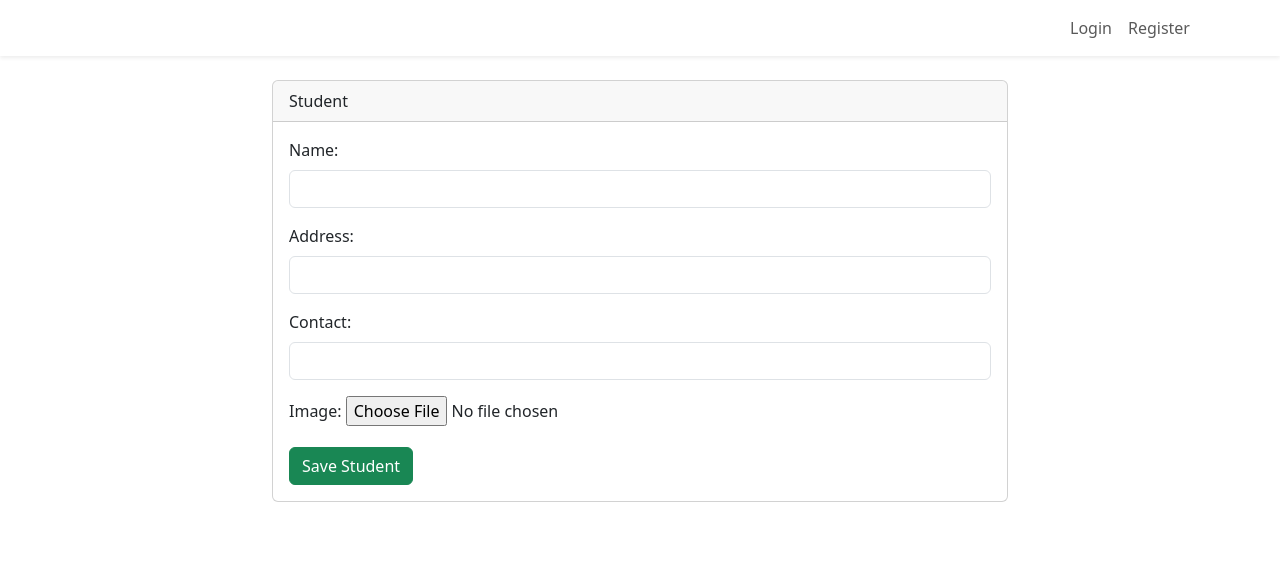
Repository: kunwarganesh07/Example
Page: http://localhost/student/create
An editor plug-in stored every save of this project. The page is shown before and after the next save, followed by the edit.
The browser window is 1280 px wide. The pictures show the whole page.
The page is served by the project's Laravel application, run on PHP 8.4 with Laravel 12. Other server files are loaded and not shown.

Above is the page before, as saved 2025-11-16 14:25:09.

### routes/web.php
<?php


use App\Http\Controllers\HomeController;
use App\Http\Controllers\StudentController;
use App\Http\Controllers\TeacherController;
use Illuminate\Support\Facades\Auth;
use Illuminate\Support\Facades\Route;

Route::get('/', function () {
    return view('welcome');
});

Auth::routes();

Route::get('/home', [HomeController::class, 'index'])->name('home');
Route::get('/student', [StudentController::class, 'index'])->name('student.index');
Route::get('/student/create', [StudentController::class, 'create'])->name('student.create');
Route::post('store', [StudentController::class, 'store'])->name('store');
Route::put('update/{id}', [StudentController::class, 'update'])->name('students.update');
Route::delete('delete/{id}', [StudentController::class, 'destroy'])->name('students.delete');



Route::get('student/edit/{id}', [StudentController::class, 'edit'])->name('students.edit');

Route::get('/teachers', [TeacherController::class, 'index'])->name('teachers.index');
Route::get('/teachers/create', [TeacherController::class, 'create'])->name('teachers.create');
Route::post('/teachers/store', [TeacherController::class, 'store'])->name('teachers.store');

### app/Http/Controllers/StudentController.php
<?php

namespace App\Http\Controllers;

use App\Models\Student;
use Illuminate\Http\Request;

class StudentController extends Controller
{
    /**
     * Display a listing of the resource.
     */
    public function index()
    {
        $student = Student::all();
        return view('student.index', compact('student'));
    }

    /**
     * Show the form for creating a new resource.
     */
    public function create()
    {
        return view('student.create');
    }

    /**
     * Store a newly created resource in storage.
     */
    public function store(Request $request)
    {
        $student = new Student();
        $student->name = $request->name;
        $student->contact = $request->contact;
        $student->address = $request->address;
        $student->save();
        return redirect()->route('student.index');
    }

    /**
     * Display the specified resource.
     */
    public function show(string $id)
    {
        //
    }

    /**
     * Show the form for editing the specified resource.
     */
    public function edit(string $id)
    {
        // dd($id);
        $student = Student::findOrfail($id);
        return view('student.edit', compact('student'));
    }

    /**
     * Update the specified resource in storage.
     */
    public function update(Request $request, string $id)
    {
        $data = Student::findOrfail($id);
        $data->name = $request->name;
        $data->address = $request->address;
        $data->contact = $request->contact;
        $data->save();

        return redirect()->route('student.index');
    }

    /**
     * Remove the specified resource from storage.
     */
    public function destroy(string $id)
    {
        $data = Student::findOrfail($id);
        $data->delete();
        return redirect()->route('student.index');
        // dd('DELETE STUDENT');
    }
}

### resources/views/student/create.blade.php
@extends('layouts.app')

@section('content')
    <div class="container">
        <div class="row justify-content-center">
            <div class="col-md-8">
                <div class="card">
                    <div class="card-header">{{ __('Student') }}
                    </div>

                    <div class="card-body">
                        <form action="{{ route('store') }}" method="POST" enctype="multi">
                            @csrf
                            <div class="mb-3">
                                <label for="name" class="form-label">Name:</label>
                                <input type="text" name="name" class="form-control" required>
                            </div>

                            <div class="mb-3">
                                <label for="address" class="form-label">Address:</label>
                                <input type="text" name="address" class="form-control" required>
                            </div>

                            <div class="mb-3">
                                <label for="contact" class="form-label">Contact:</label>
                                <input type="text" name="contact" class="form-control" required>
                            </div>
                            <div class="mb-3">
                                <label for="image" class="form-label">Image:</label>
                                <input type="file" name='image'>
                            </div>

                            <button type="submit" class="btn btn-success">Save Student</button>
                        </form>
                    </div>
                </div>
            </div>
        </div>
    </div>
@endsection

### resources/views/layouts/app.blade.php
<!doctype html>
<html lang="{{ str_replace('_', '-', app()->getLocale()) }}">

<head>
    <meta charset="utf-8">
    <meta name="viewport" content="width=device-width, initial-scale=1">

    <!-- CSRF Token -->
    <meta name="csrf-token" content="{{ csrf_token() }}">

    <title>{{ config('app.name', 'Laravel') }}</title>

    <!-- Fonts -->
    <link rel="dns-prefetch" href="//fonts.bunny.net">
    <link href="https://fonts.bunny.net/css?family=Nunito" rel="stylesheet">

    <link rel="stylesheet" href="https://cdn.jsdelivr.net/npm/bootstrap@5.3.8/dist/css/bootstrap.min.css">
    <script src="https://cdn.jsdelivr.net/npm/bootstrap@5.3.8/dist/js/bootstrap.bundle.min.js"></script>
    <!-- Scripts -->
    {{-- @vite(['resources/sass/app.scss', 'resources/js/app.js']) --}}
</head>

<body>
    <div id="app">
        <nav class="navbar navbar-expand-md navbar-light bg-white shadow-sm">
            <div class="container">
                @auth
                    <a class="navbar-brand" href="{{ url('/') }}">
                        {{ config('app.name', 'Laravel') }}
                    </a>
                    <a class="navbar-brand" href="{{ route('student.index') }}">
                        {{ 'Student' }}
                    </a>
                    <a class="navbar-brand" href="{{ route('teachers.index') }}">
                        {{ 'Teacher' }}
                    </a>
                @endauth
                <button class="navbar-toggler" type="button" data-bs-toggle="collapse"
                    data-bs-target="#navbarSupportedContent" aria-controls="navbarSupportedContent"
                    aria-expanded="false" aria-label="{{ __('Toggle navigation') }}">
                    <span class="navbar-toggler-icon"></span>
                </button>

                <div class="collapse navbar-collapse" id="navbarSupportedContent">
                    <!-- Left Side Of Navbar -->
                    <ul class="navbar-nav me-auto">

                    </ul>

                    <!-- Right Side Of Navbar -->
                    <ul class="navbar-nav ms-auto">
                        <!-- Authentication Links -->
                        @guest
                            @if (Route::has('login'))
                                <li class="nav-item">
                                    <a class="nav-link" href="{{ route('login') }}">{{ __('Login') }}</a>
                                </li>
                            @endif

                            @if (Route::has('register'))
                                <li class="nav-item">
                                    <a class="nav-link" href="{{ route('register') }}">{{ __('Register') }}</a>
                                </li>
                            @endif
                        @else
                            <li class="nav-item dropdown">
                                <a id="navbarDropdown" class="nav-link dropdown-toggle" href="#" role="button"
                                    data-bs-toggle="dropdown" aria-haspopup="true" aria-expanded="false" v-pre>
                                    {{ Auth::user()->name }}
                                </a>

                                <div class="dropdown-menu dropdown-menu-end" aria-labelledby="navbarDropdown">
                                    <a class="dropdown-item" href="{{ route('logout') }}"
                                        onclick="event.preventDefault();
                                                     document.getElementById('logout-form').submit();">
                                        {{ __('Logout') }}
                                    </a>

                                    <form id="logout-form" action="{{ route('logout') }}" method="POST" class="d-none">
                                        @csrf
                                    </form>
                                </div>
                            </li>
                        @endguest
                    </ul>
                </div>
            </div>
        </nav>

        <main class="py-4">
            @yield('content')
        </main>
    </div>
</body>

</html>

Loaded but not shown: app/Http/Controllers/Auth/ConfirmPasswordController.php (common file); app/Http/Controllers/Controller.php (common file)

After the next save:
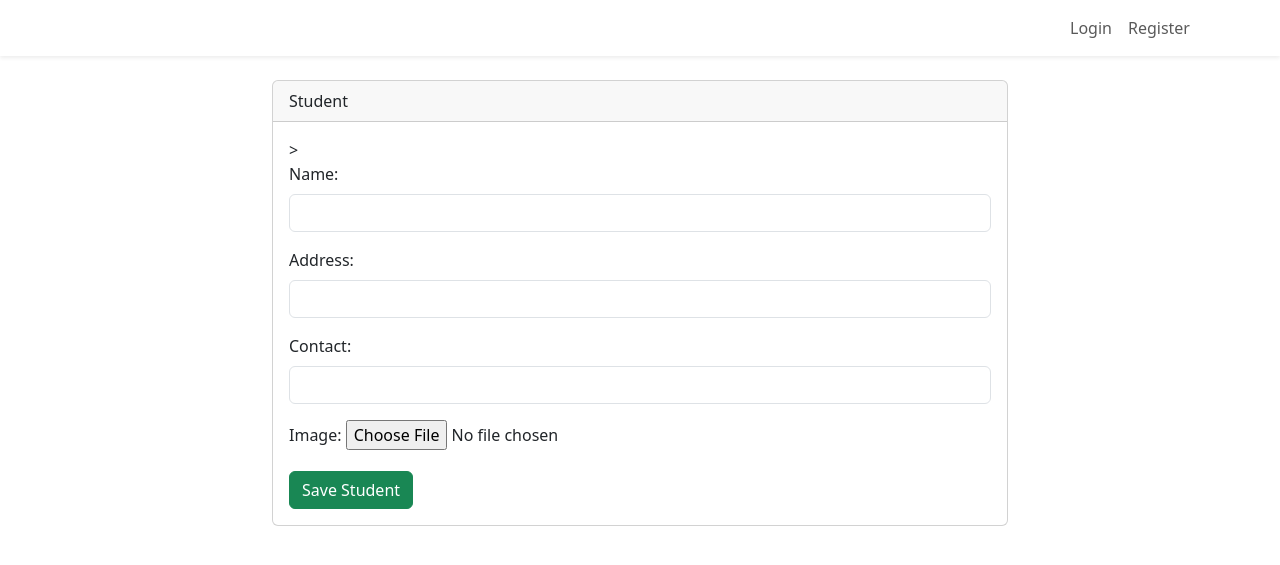
Saved 15 s later.
--- a/resources/views/student/create.blade.php
+++ b/resources/views/student/create.blade.php
@@ -9,7 +9,7 @@
                     </div>
 
                     <div class="card-body">
-                        <form action="{{ route('store') }}" method="POST" enctype="multi">
+                        <form action="{{ route('store') }}" method="POST"  enctype="multipart/form-data">>
                             @csrf
                             <div class="mb-3">
                                 <label for="name" class="form-label">Name:</label>

After the save that followed:
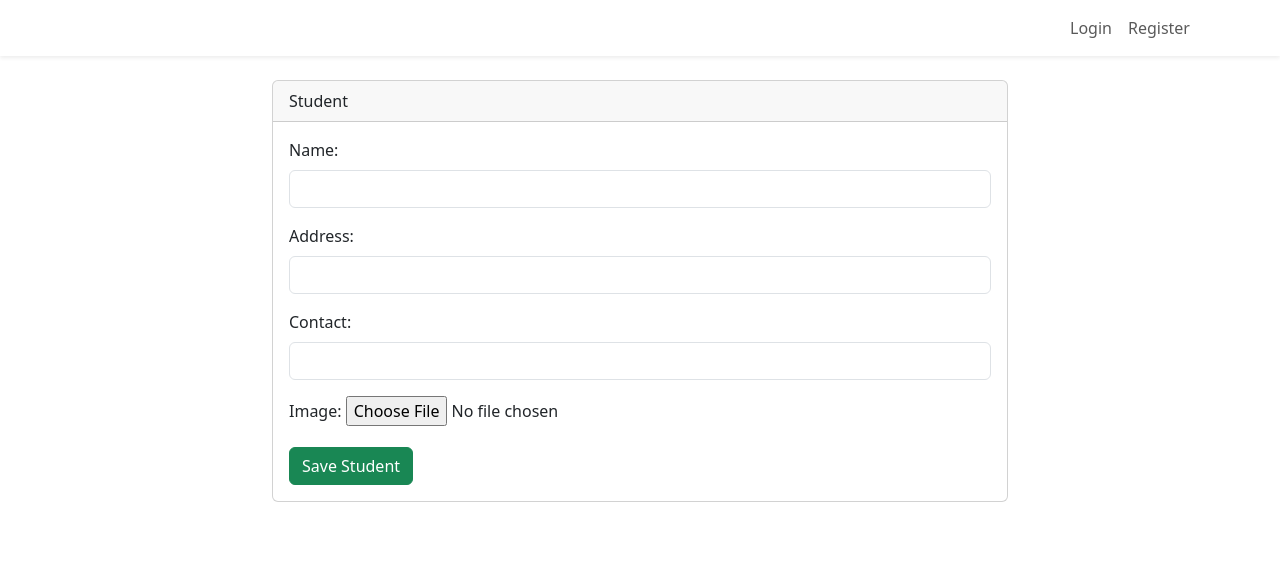
Saved 20 s later.
--- a/resources/views/student/create.blade.php
+++ b/resources/views/student/create.blade.php
@@ -9,7 +9,7 @@
                     </div>
 
                     <div class="card-body">
-                        <form action="{{ route('store') }}" method="POST"  enctype="multipart/form-data">>
+                        <form action="{{ route('store') }}" method="POST"  enctype="multipart/form-data">
                             @csrf
                             <div class="mb-3">
                                 <label for="name" class="form-label">Name:</label>
